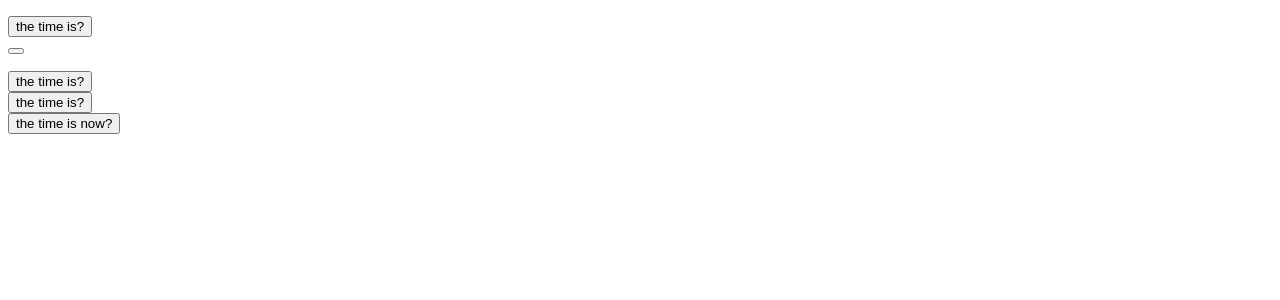
Repository: Dauddaniel/my-clock
Page: Bulb/Event.html
These files come from the project's save history. The page is drawn as it stood at one moment and after the next save; the edit follows.
The browser window is 1280 px wide. The pictures show the whole page.

Above is the page before, as saved 2023-05-18 08:41:01.
Console error: SyntaxError: Unexpected token '='

After the next save:
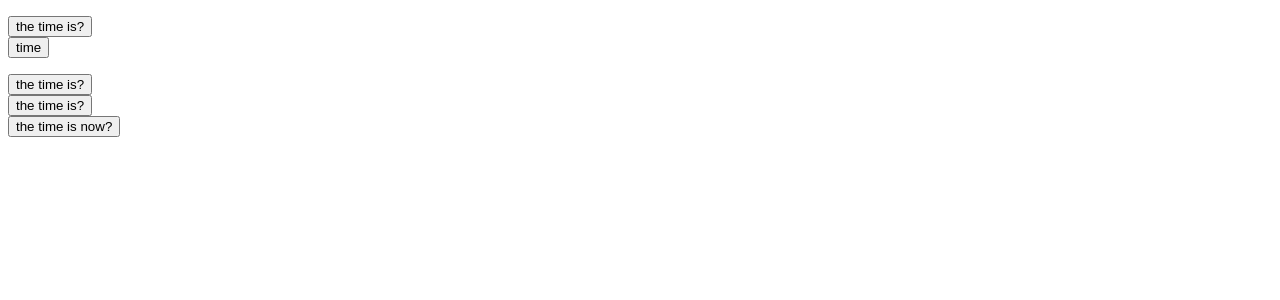
Saved 11 s later.
--- a/Bulb/Event.html
+++ b/Bulb/Event.html
@@ -11,7 +11,7 @@
     <p id="onmouse"></p>
 
     <button onclick="document.getElementById (demo).innerHTML=date()"> the time is?</button><br>
-    <button onmouseout="document.getElementById('mouse').innerHTML=Date()"></button>
+    <button onmouseout="document.getElementById('mouse').innerHTML=Date()">time</button>
 
     <p id="demo"></p>
     <button onclick="this.innerHTML=Date()">the time is?</button><br>
